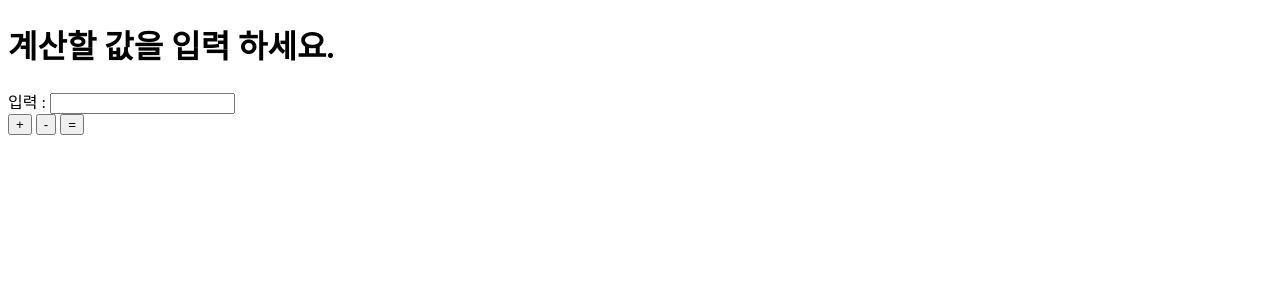
Repository: Realhyeonwoo/study-jsp
Page: JSPPrj/WebContent/calc3.html
The author's editor kept a copy of each file at every save. The page is drawn from the files as they stood at one save, then again after the next save.
The browser window is 1280 px wide. The pictures show the whole page.

Above is the page before, as saved 2020-04-16 06:22:37.

### JSPPrj/WebContent/calc3.html
<!DOCTYPE html>
<html>
<head>
<meta charset="UTF-8">
<title>Insert title here</title>
</head>
<body>
	<h1>계산할 값을 입력 하세요.</h1>
	<form action="calc2" method="post">
		<div>
			<label>입력 : </label>
			<input type="text" name="v" />
		</div>
		<div>
			<input type="submit" name="operator" value="+" />
			<input type="submit" name="operator" value="-" />
			<input type="submit" name="operator" value="=" />
		</div>
	</form>
</body>
</html>

After the next save:
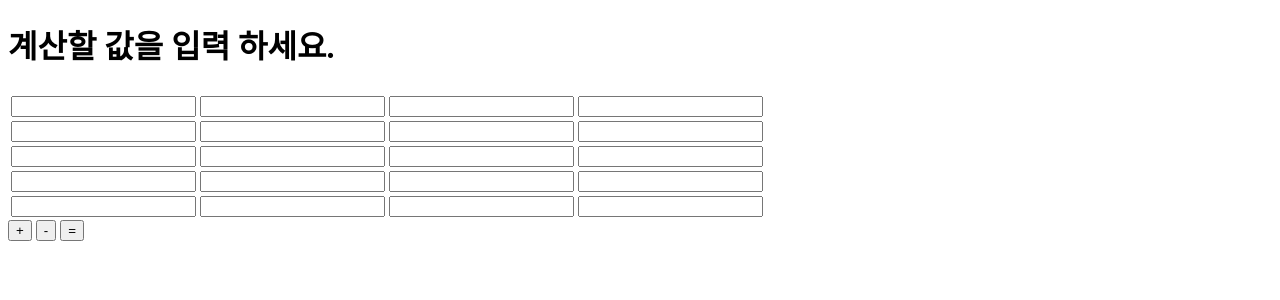
Saved 5 min 51 s later.
--- a/JSPPrj/WebContent/calc3.html
+++ b/JSPPrj/WebContent/calc3.html
@@ -7,10 +7,41 @@
 <body>
 	<h1>계산할 값을 입력 하세요.</h1>
 	<form action="calc2" method="post">
-		<div>
-			<label>입력 : </label>
-			<input type="text" name="v" />
-		</div>
+		<table>
+			<tr>
+				<td></td>
+			</tr>
+			<tr>
+				<td><input type="" name="" value=""/></td>
+				<td><input type="" name="" value=""/></td>
+				<td><input type="" name="" value=""/></td>
+				<td><input type="" name="" value=""/></td>
+			</tr>
+			<tr>
+				<td><input type="" name="" value=""/></td>
+				<td><input type="" name="" value=""/></td>
+				<td><input type="" name="" value=""/></td>
+				<td><input type="" name="" value=""/></td>
+			</tr>
+			<tr>
+				<td><input type="" name="" value=""/></td>
+				<td><input type="" name="" value=""/></td>
+				<td><input type="" name="" value=""/></td>
+				<td><input type="" name="" value=""/></td>
+			</tr>
+			<tr>
+				<td><input type="" name="" value=""/></td>
+				<td><input type="" name="" value=""/></td>
+				<td><input type="" name="" value=""/></td>
+				<td><input type="" name="" value=""/></td>
+			</tr>
+			<tr>
+				<td><input type="" name="" value=""/></td>
+				<td><input type="" name="" value=""/></td>
+				<td><input type="" name="" value=""/></td>
+				<td><input type="" name="" value=""/></td>
+			</tr>
+		</table>
 		<div>
 			<input type="submit" name="operator" value="+" />
 			<input type="submit" name="operator" value="-" />
